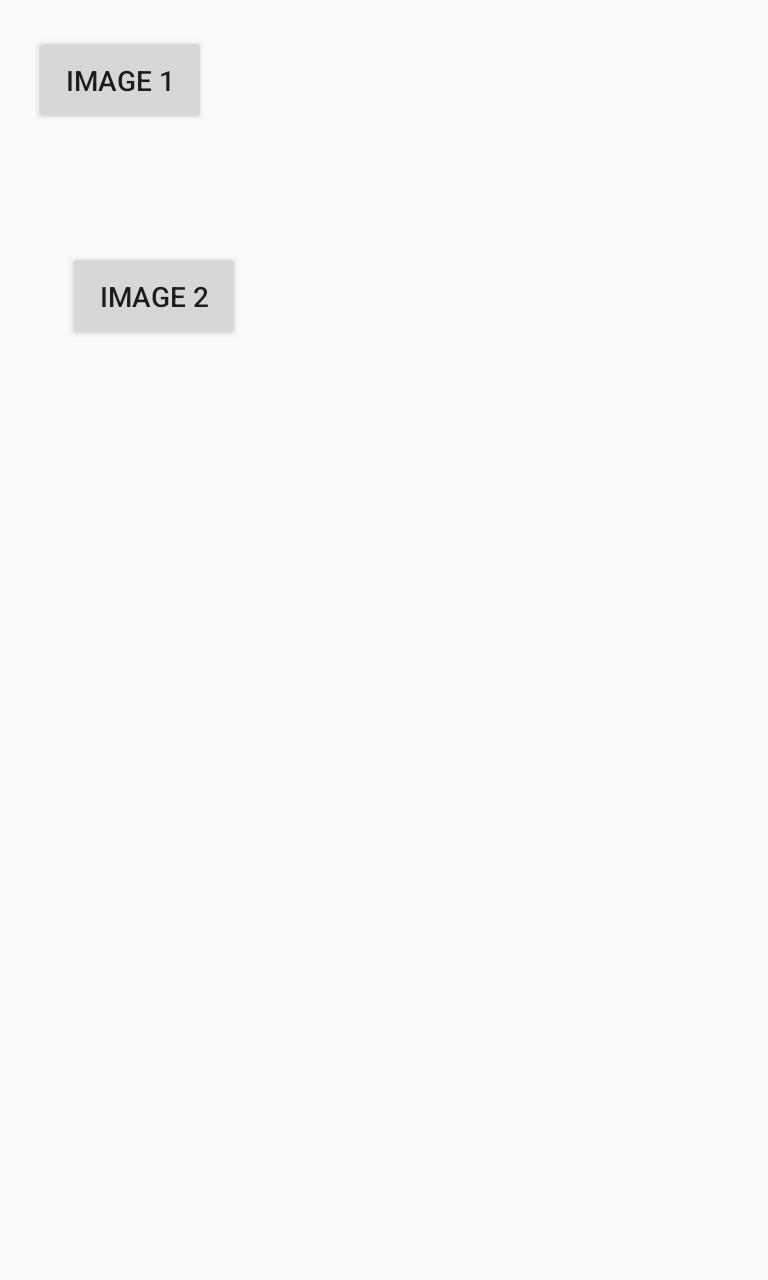
Repository: hgzq4/hgzq4
Layout: Android/TheBasicSeries/res/layout/activity_main.xml
An editor plug-in stored every save of this project. The layout is shown before and after the next save, followed by the edit.
It is drawn on a 768 x 1280 px phone screen (xhdpi) without system bars, with theme AppTheme; the app's code is not run. The app's manifest (not shown) leaves right-to-left support off. So textAlignment, textDirection and layoutDirection are ignored, and left and right values win over start and end ones.

Above is the layout before, as saved 2014-10-13 16:32:35.

### Android/TheBasicSeries/res/layout/activity_main.xml
<RelativeLayout xmlns:android="http://schemas.android.com/apk/res/android"
    xmlns:tools="http://schemas.android.com/tools"
    android:layout_width="wrap_content"
    android:layout_height="wrap_content"
    android:paddingBottom="@dimen/activity_vertical_margin"
    android:paddingLeft="@dimen/activity_horizontal_margin"
    android:paddingRight="@dimen/activity_horizontal_margin"
    android:paddingTop="@dimen/activity_vertical_margin"
    tools:context="com.example.thebasicseries.MainActivity" >

    <Button
        android:id="@+id/button1"
        android:layout_width="wrap_content"
        android:layout_height="wrap_content"
        android:layout_alignParentLeft="true"
        android:layout_alignParentTop="true"
        android:text="@string/btn1" />

    <Button
        android:id="@+id/button2"
        android:layout_width="wrap_content"
        android:layout_height="wrap_content"
        android:layout_alignLeft="@+id/button1"
        android:layout_below="@+id/button1"
        android:layout_marginStart="17dp"
        android:layout_marginTop="60dp"
        android:text="@string/btn2" />

    <Button
        android:id="@+id/button3"
        android:layout_width="wrap_content"
        android:layout_height="wrap_content"
        android:layout_alignLeft="@+id/button3"
        android:layout_below="@+id/button3"
        android:layout_marginTop="58dp"
        android:text="@string/btn3 " />

</RelativeLayout>

### Android/TheBasicSeries/res/values/strings.xml
<?xml version="1.0" encoding="utf-8"?>
<resources>

    <string name="app_name">The Basic Series</string>
    <string name="hello_world">Hello world!</string>
    <string name="action_settings">Settings</string>

     <string name="btn1">Image 1</string>
      <string name="btn2">Image 2</string>
        <string name="btn3">Image 3</string>
</resources>

Loaded but not shown: Android/TheBasicSeries/res/values/styles.xml (common file); Android/TheBasicSeries/res/values-v11/styles.xml (common file); Android/TheBasicSeries/res/values-v14/styles.xml (common file); Android/TheBasicSeries/res/values/dimens.xml (common file); Android/TheBasicSeries/res/values-w820dp/dimens.xml (common file)

After the next save:
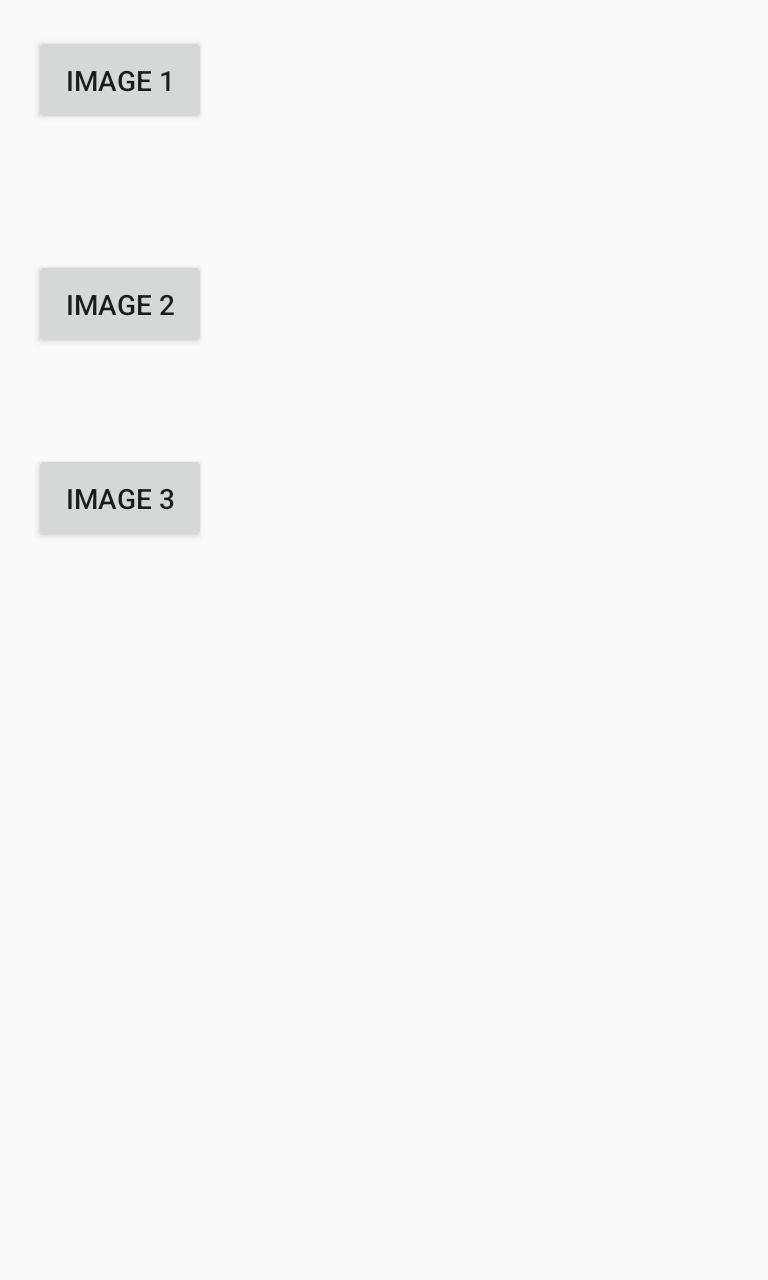
Saved 3 min 51 s later.
--- a/Android/TheBasicSeries/res/layout/activity_main.xml
+++ b/Android/TheBasicSeries/res/layout/activity_main.xml
@@ -22,17 +22,16 @@
         android:layout_height="wrap_content"
         android:layout_alignLeft="@+id/button1"
         android:layout_below="@+id/button1"
-        android:layout_marginStart="17dp"
-        android:layout_marginTop="60dp"
+        android:layout_marginTop="64dp"
         android:text="@string/btn2" />
 
     <Button
         android:id="@+id/button3"
         android:layout_width="wrap_content"
         android:layout_height="wrap_content"
-        android:layout_alignLeft="@+id/button3"
-        android:layout_below="@+id/button3"
-        android:layout_marginTop="58dp"
-        android:text="@string/btn3 " />
+        android:layout_alignLeft="@+id/button2"
+        android:layout_below="@+id/button2"
+        android:layout_marginTop="49dp"
+        android:text="@string/btn3" />
 
 </RelativeLayout>
